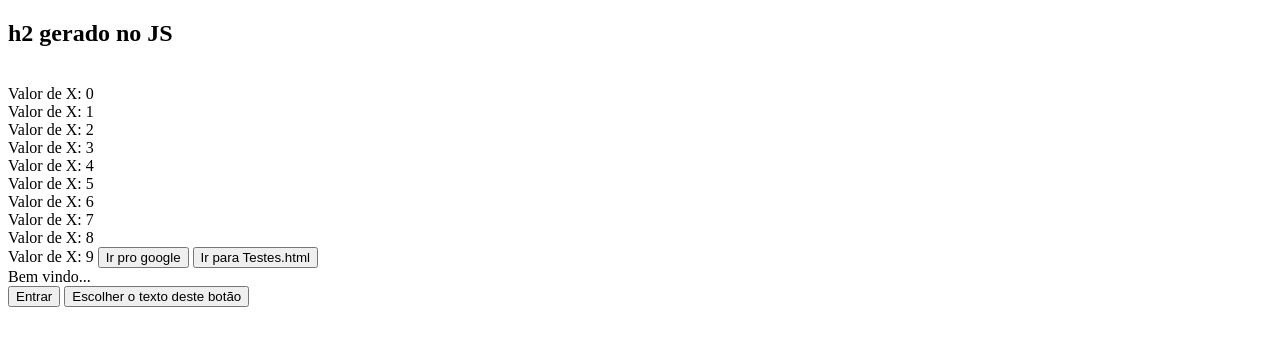
Repository: joaoaspimienta/Testes-e-estudo-de-ReactJS
Page: src/Anotações.html
The author's editor kept a copy of each file at every save. The page is drawn from the files as they stood at one save, then again after the next save.
The browser window is 1280 px wide. The pictures show the whole page.

Above is the page before, as saved 2021-12-27 19:51:09.

After the next save:
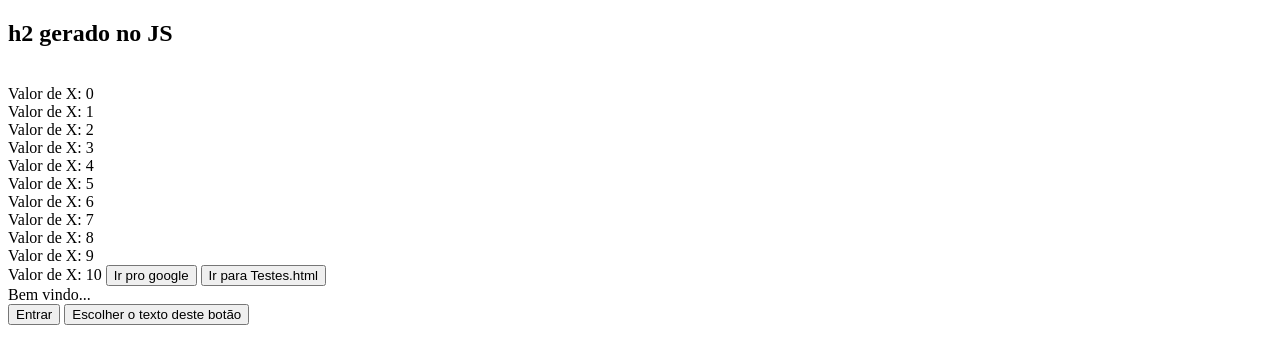
Saved 20 s later.
--- a/src/script.js
+++ b/src/script.js
@@ -23,6 +23,6 @@ console.log(userList)
 //Loops
 
 x = 0;
-while(x < 10) {document.write('</br> Valor de X: ' + x)
+while(x <= 10) {document.write('</br> Valor de X: ' + x)
 
 x++}
